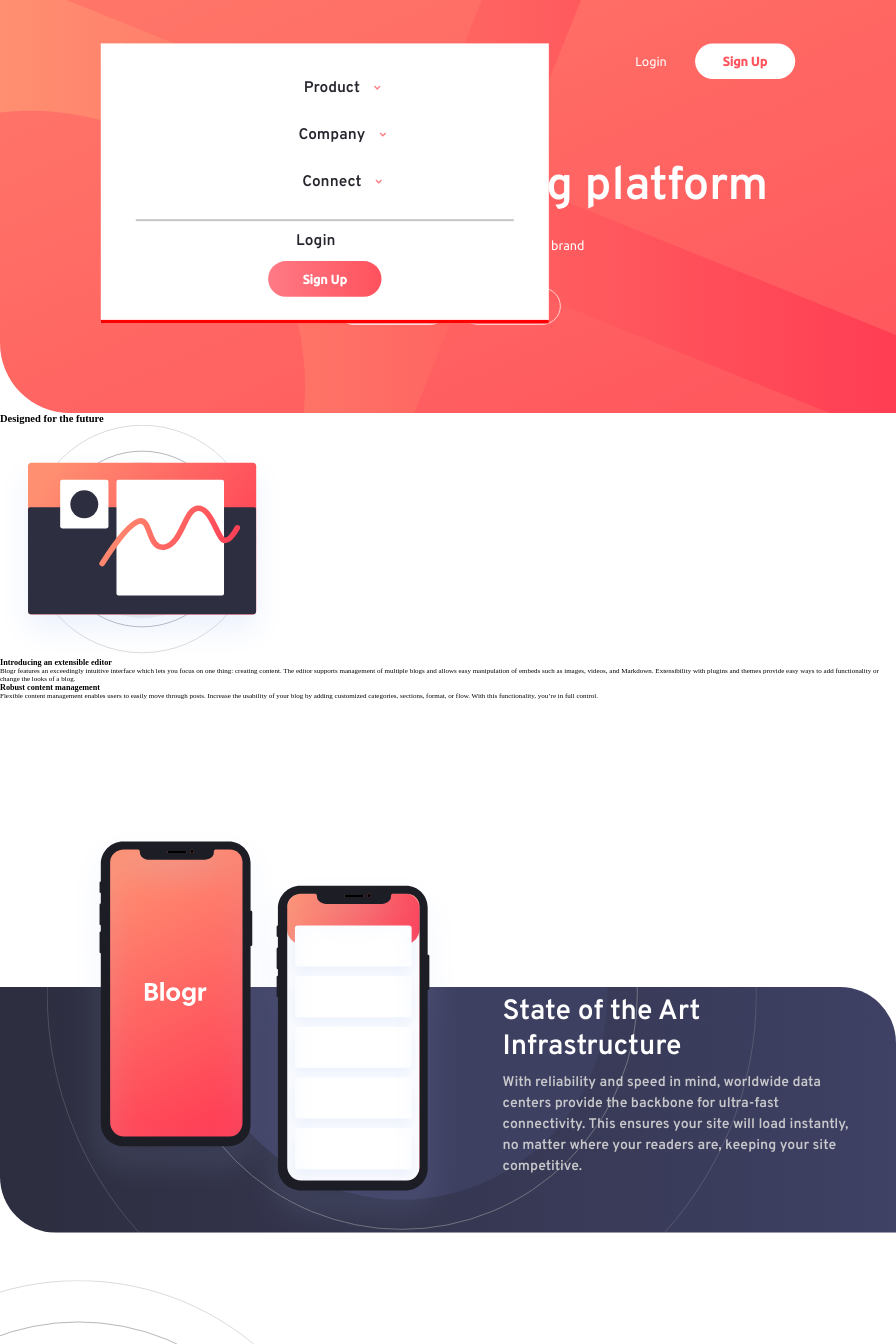
Repository: tomas938/tomaspage3
Page: index.html
An editor plug-in stored every save of this project. The page is shown before and after the next save, followed by the edit.
The browser window is 1280 px wide. The pictures show the part of the page from y = 0 to 1920 px (the page is 3157 px tall), at 70% of full size.
The style sheet was rebuilt from its Sass, Less or Tailwind sources for each picture, by a compiler version that may differ from the author's.

Above is the page before, as saved 2021-07-31 09:51:05.

### index.html
<!DOCTYPE html>
<html lang="en">
	<head>
		<meta charset="UTF-8" />
		<meta name="viewport" content="width=device-width, initial-scale=1.0" />
		<!-- displays site properly based on user's device -->

		<link
			rel="icon"
			type="image/png"
			sizes="32x32"
			href="./images/favicon-32x32.png"
		/>

		<title>Frontend Mentor | [Blogr]</title>

		<link rel="stylesheet" href="./scss/main.css" />
	</head>
	<body>
		<section class="intro">
			<header>
				<nav class="intro__navigation">
					<div class="intro__navigation__logo">
						<svg width="101" height="40" xmlns="http://www.w3.org/2000/svg">
							<path
								d="M0 30.803V1.486h10.653c1.982 0 3.695.31 5.14.93 1.446.619 2.56 1.5 3.345 2.642.785 1.142 1.177 2.484 1.177 4.026 0 1.404-.303 2.636-.909 3.695a6.48 6.48 0 01-2.56 2.498c1.487.578 2.643 1.494 3.469 2.746.826 1.253 1.239 2.732 1.239 4.439 0 1.707-.44 3.18-1.322 4.418-.88 1.239-2.12 2.202-3.716 2.89-1.596.688-3.482 1.033-5.657 1.033H0zM5.946 6.565v6.73h4.046c1.35 0 2.388-.282 3.118-.846.73-.564 1.094-1.397 1.094-2.498 0-1.101-.365-1.94-1.094-2.519-.73-.578-1.769-.867-3.118-.867H5.946zm0 19.159h4.624c1.542 0 2.732-.33 3.572-.991.84-.66 1.26-1.61 1.26-2.85 0-1.238-.42-2.188-1.26-2.848-.84-.66-2.03-.991-3.572-.991H5.946v7.68zm19.282 5.079V0h5.781v30.803h-5.78zm20.893.619c-1.624 0-3.124-.29-4.5-.867a10.94 10.94 0 01-3.593-2.416 10.96 10.96 0 01-2.374-3.654c-.564-1.404-.846-2.931-.846-4.583 0-1.652.289-3.173.867-4.563a11.354 11.354 0 012.415-3.654 10.96 10.96 0 013.634-2.436c1.39-.578 2.91-.867 4.562-.867 1.625 0 3.125.289 4.501.867a10.94 10.94 0 013.592 2.416 11.01 11.01 0 012.375 3.633c.564 1.39.846 2.911.846 4.563 0 1.651-.289 3.179-.867 4.583a11.297 11.297 0 01-2.416 3.675 10.96 10.96 0 01-3.633 2.436c-1.39.578-2.911.867-4.563.867zm.083-5.203c1.046 0 1.982-.275 2.808-.825.825-.551 1.48-1.301 1.96-2.25.483-.95.723-2.03.723-3.242 0-1.211-.24-2.292-.722-3.241-.482-.95-1.136-1.7-1.961-2.25-.826-.551-1.762-.826-2.808-.826-1.046 0-1.982.275-2.808.825-.826.55-1.48 1.301-1.961 2.25-.482.95-.723 2.03-.723 3.242 0 1.211.241 2.292.723 3.241.482.95 1.135 1.7 1.961 2.25.826.551 1.762.826 2.808.826zm24.155 3.964a9.13 9.13 0 01-3.86-.826 9.492 9.492 0 01-3.118-2.291c-.881-.977-1.57-2.12-2.065-3.427-.495-1.308-.743-2.719-.743-4.233 0-1.569.255-3.02.764-4.356a10.614 10.614 0 012.147-3.489 10.174 10.174 0 013.22-2.333c1.225-.564 2.554-.846 3.985-.846 1.404 0 2.67.282 3.799.846a7.402 7.402 0 012.807 2.457l.124-2.684h5.327v19.2c0 1.68-.269 3.207-.805 4.584-.537 1.376-1.301 2.56-2.292 3.55a10.231 10.231 0 01-3.53 2.292c-1.363.537-2.87.805-4.522.805-1.624 0-3.083-.254-4.376-.764a10.468 10.468 0 01-3.386-2.126 10.035 10.035 0 01-2.271-3.18L67.097 32a5.452 5.452 0 001.92 1.879c.784.454 1.672.681 2.663.681 1.074 0 2.003-.24 2.787-.723.785-.481 1.397-1.156 1.838-2.023.44-.867.66-1.879.66-3.035v-1.775a7.793 7.793 0 01-2.828 2.333c-1.143.564-2.402.846-3.778.846zm1.404-5.12c1.018 0 1.92-.254 2.704-.764a5.556 5.556 0 001.879-2.064c.468-.867.702-1.851.702-2.952 0-1.102-.234-2.086-.702-2.953a5.556 5.556 0 00-1.879-2.064c-.784-.51-1.686-.764-2.704-.764-1.019 0-1.92.255-2.705.764a5.556 5.556 0 00-1.879 2.064c-.468.867-.702 1.851-.702 2.953 0 1.1.234 2.085.702 2.952a5.556 5.556 0 001.88 2.064c.784.51 1.685.764 2.704.764zm15.607 5.74V9h5.327l.206 3.304c.55-1.157 1.294-2.044 2.23-2.664.936-.62 2.037-.929 3.303-.929.386 0 .77.035 1.156.103.386.07.73.159 1.033.269l-.62 5.698a4.361 4.361 0 00-.929-.227 7.495 7.495 0 00-.97-.062c-1.597 0-2.822.489-3.675 1.466-.853.977-1.28 2.36-1.28 4.15v10.694h-5.78z"
								fill="#FFF"
								fill-rule="nonzero"
							/>
						</svg>
						<ul>
							<li>
								<a href="#">Product</a>
								<svg xmlns="http://www.w3.org/2000/svg" width="10" height="7">
									<path
										fill="none"
										stroke="#FFF"
										stroke-width="2"
										opacity=".75"
										d="M1 1l4 4 4-4"
									/>
								</svg>
							</li>
							<li>
								<a href="#">Company</a>
								<svg xmlns="http://www.w3.org/2000/svg" width="10" height="7">
									<path
										fill="none"
										stroke="#FFF"
										stroke-width="2"
										opacity=".75"
										d="M1 1l4 4 4-4"
									/>
								</svg>
							</li>
							<li>
								<a href="#">Connect</a>
								<svg xmlns="http://www.w3.org/2000/svg" width="10" height="7">
									<path
										fill="none"
										stroke="#FFF"
										stroke-width="2"
										opacity=".75"
										d="M1 1l4 4 4-4"
									/>
								</svg>
							</li>
						</ul>
					</div>
					<div class="intro__navigation__login">
						<div class="button button--1">Login</div>
						<div class="button button--2">Sign Up</div>
					</div>
					<div class="intro__navigation__mobile" id="mobileBtn">
						<span class="line1"></span>
						<span class="line2"></span>
						<span class="line3"></span>
					</div>

					<ul class="mobile__links">
						<li>
							<a href="#">Product</a>
							<svg xmlns="http://www.w3.org/2000/svg" width="10" height="7">
								<path
									fill="none"
									stroke="hsl(356, 100%, 66%)"
									stroke-width="2"
									opacity=".75"
									d="M1 1l4 4 4-4"
								/>
							</svg>
						</li>
						<li>
							<a href="#">Company</a>
							<svg xmlns="http://www.w3.org/2000/svg" width="10" height="7">
								<path
									fill="none"
									stroke="hsl(356, 100%, 66%)"
									stroke-width="2"
									opacity=".75"
									d="M1 1l4 4 4-4"
								/>
							</svg>
						</li>
						<li>
							<a href="#">Connect</a>
							<svg xmlns="http://www.w3.org/2000/svg" width="10" height="7">
								<path
									fill="none"
									stroke="hsl(356, 100%, 66%)"
									stroke-width="2"
									opacity=".75"
									d="M1 1l4 4 4-4"
								/>
							</svg>
						</li>
						<div class="buttons">
							<div class="button button--1">Login</div>
							<div class="button button--2">Sign Up</div>
						</div>
					</ul>
				</nav>
			</header>
			<div class="intro__description">
				<h1>A modern publishing platform</h1>
				<p>Grow your audience and build your online brand</p>
				<div class="intro__description__buttons">
					<div class="button button--3">Start for Free</div>
					<div class="button button--4">Learn More</div>
				</div>
			</div>
		</section>
		<section class="about">
			<h2>Designed for the future</h2>
			<div class="about__container">
				<img src="/images/illustration-editor-mobile.svg" alt="" />
				<div class="about__container__items">
					<div class="content">
						<h3>Introducing an extensible editor</h3>
						<p>
							Blogr features an exceedingly intuitive interface which lets you
							focus on one thing: creating content. The editor supports
							management of multiple blogs and allows easy manipulation of
							embeds such as images, videos, and Markdown. Extensibility with
							plugins and themes provide easy ways to add functionality or
							change the looks of a blog.
						</p>
					</div>
					<div class="content">
						<h3>Robust content management</h3>
						<p>
							Flexible content management enables users to easily move through
							posts. Increase the usability of your blog by adding customized
							categories, sections, format, or flow. With this functionality,
							you’re in full control.
						</p>
					</div>
				</div>
			</div>
		</section>
		<section class="mobiles">
			<img src="/images/illustration-phones.svg" alt="" />
			<div class="mobiles__content">
				<h2>State of the Art Infrastructure</h2>
				<p>
					With reliability and speed in mind, worldwide data centers provide the
					backbone for ultra-fast connectivity. This ensures your site will load
					instantly, no matter where your readers are, keeping your site
					competitive.
				</p>
			</div>
		</section>
		<section class="desktop">
			<div class="desktop__container">
				<img src="/images/illustration-laptop-mobile.svg" alt="" />
				<div class="desktop__container__items">
					<div class="content">
						<h3>Free, open, simple</h3>
						<p>
							Blogr is a free and open source application backed by a large
							community of helpful developers. It supports features such as code
							syntax highlighting, RSS feeds, social media integration,
							third-party commenting tools, and works seamlessly with Google
							Analytics. The architecture is clean and is relatively easy to
							learn.
						</p>
					</div>
					<div class="content">
						<h3>Powerful tooling</h3>
						<p>
							Batteries included. We built a simple and straightforward CLI tool
							that makes customization and deployment a breeze, but capable of
							producing even the most complicated sites.
						</p>
					</div>
				</div>
			</div>
		</section>
		<footer>
			<div class="logo">
				<img src="/images/logo.svg" alt="" />
			</div>
			<div class="product">
				<h5>Product</h5>
				<a href="#">Overview</a>
				<a href="#">Pricing</a>
				<a href="#">Marketplace</a>
				<a href="#">Features</a>
				<a href="#">Integrations</a>
			</div>
			<div class="company">
				<h5>Company</h5>
				<a href="#">About</a>
				<a href="#">Team</a>
				<a href="#">Blog</a>
				<a href="#">Careers</a>
			</div>
			<div class="connect">
				<h5>Connect</h5>
				<a href="#">Connect</a>
				<a href="#">Newsletter</a>
				<a href="#">LinkedIn</a>
			</div>
		</footer>
		<script src="main.js"></script>
	</body>
</html>

### main.js
const mobileBtn = document.querySelector("#mobileBtn");
mobileBtn.addEventListener("click", () => {
	mobileBtn.classList.toggle("active");
});

### scss/main.scss
@import "../scss_partials/variables";
@import "../scss_partials/resets";
@import "../scss_partials/intro";
@import "../scss_partials/about";
@import "../scss_partials/mobiles";
@import "../scss_partials/desktop";
@import "../scss_partials/footer";

### scss_partials/_variables.scss
//Colors

/* PRIMARY */

$light-red: hsl(356, 100%, 66%);
$very-light-red: hsl(355, 100%, 74%);
$very-dark-blue: hsl(208, 49%, 24%);

/* NEUTRAL */

$white: hsl(0, 0%, 100%);
$grayish-blue: hsl(240, 2%, 79%); //Footer Text
$very-dark-grayish-blue: hsl(207, 13%, 34%);
$very-dark-black-blue: hsl(240, 10%, 16%); //Footer Background

/* GRADIENT */

$very-light-red-gradient: hsl(13, 100%, 72%); // Intro /CTA
$light-red-gradient: hsl(353, 100%, 62%); // Intro /CTA

$very-dark-gray-blue: hsl(237, 17%, 21%); // Background body gradient
$very-dark-desaturated-blue: hsl(237, 23%, 32%); // Background body gradient

//Fonts

@import url("https://fonts.googleapis.com/css2?family=Overpass:wght@300;600&display=swap");

$font-primary: "Overpass", sans-serif;
$font-weight-primary-light: 300;
$font-weight-primary-bold: 600;

@import url("https://fonts.googleapis.com/css2?family=Ubuntu:ital,wght@0,400;0,500;1,700&display=swap");

$font-secondary: "Ubuntu", sans-serif;

$font-weight-secondary-light: 400;
$font-weight-secondary-medium: 500;
$font-weight-secondary-bold: 700;

### scss_partials/_resets.scss
* {
	margin: 0;
	padding: 0;
	box-sizing: border-box;
}
html {
	font-size: 62.5%;
	@media only screen and (max-width: 1000px) {
		font-size: 52.5%;
	}
}
li {
	list-style: none;
}
a {
	text-decoration: none;
}

### scss_partials/_intro.scss
.intro {
	height: 82vh;
	background-image: url(../images/bg-pattern-intro.svg),
		linear-gradient(to right, $very-light-red-gradient, $light-red-gradient);
	background-position: center center;
	border-bottom-left-radius: 10rem;
	font-family: $font-secondary;
	font-weight: $font-weight-secondary-light;
	color: $white;
	font-size: 1.8rem;
	header {
		width: 100%;
	}
	&__navigation {
		width: 77.5%;
		margin: auto;
		padding: 6.2rem 0;
		display: flex;
		justify-content: space-between;
		&__logo {
			display: flex;
		}
		ul {
			display: flex;
			align-items: center;
			@media only screen and (max-width: 900px) {
				display: none;
			}
		}
		li {
			margin-left: 5rem;
		}

		a {
			color: $white;
		}
		&__login {
			display: flex;
			align-items: center;
			@media only screen and (max-width: 900px) {
				display: none;
			}
		}
		&__mobile {
			display: flex;
			display: none;
			@media only screen and (max-width: 900px) {
				display: flex;
			}
			align-items: center;
			flex-direction: column;
			justify-content: center;
			span {
				width: 3.5rem;
				height: 0.4rem;
				background-color: $white;
				margin-top: 0.7rem;
			}
		}
		.mobile__links {
			visibility: visible;

			position: absolute;
			background-color: $white;
			padding: 5rem;
			height: 40rem;
			width: 50%;
			font-family: $font-primary;
			font-weight: $font-weight-primary-bold;
			display: flex;
			flex-direction: column;
			align-items: center;
			justify-content: flex-start;
			border-bottom: 5px solid red;
			.active {
				visibility: visible;
			}
			svg {
				transform: scale(1);
				fill: $light-red;
				cursor: pointer;
			}
			ul {
			}
			li {
				margin-bottom: 4rem;
				display: flex;
				flex-direction: row;
				align-items: center;
			}
			a {
				color: $very-dark-black-blue;
				margin-right: 2rem;
				font-size: 2.2rem;
			}
			.buttons {
				width: 100%;
				border-top: 3px solid $grayish-blue;
			}
			.button--1 {
				width: 30%;
				margin: auto;
				font-size: 2.2rem;
				color: $very-dark-black-blue;
			}
			.button--2 {
				text-align: center;
				width: 30%;
				margin: auto;
				color: $white;
				background: linear-gradient(to right, $very-light-red, $light-red);
			}
		}
	}
	&__description {
		h1 {
			padding: 5rem 0 3rem 0;
			font-size: 6.7rem;
			text-align: center;
			font-family: $font-primary;
			font-weight: $font-weight-primary-bold;
			@media only screen and (max-width: 800px) {
				font-size: 4.7rem;
			}
			@media only screen and (max-width: 565px) {
				font-size: 3.7rem;
			}
		}
		p {
			text-align: center;
		}
		&__buttons {
			padding: 5rem 0;

			margin: auto;
			display: flex;
			justify-content: center;
		}
	}
}
.button {
	cursor: pointer;
	padding: 1.5rem 4rem;
	border-radius: 3rem;
}
.button--2 {
	background-color: $white;
	color: $light-red;
	font-family: $font-secondary;
	font-weight: $font-weight-secondary-bold;
	transition: all 0.3s ease-in-out;
}
.button--2:hover {
	background-color: hsla(0, 0%, 100%, 0.267);
	color: $white;
}
.button--3 {
	background-color: $white;
	color: $light-red;
	font-family: $font-secondary;
	font-weight: $font-weight-secondary-bold;
	transition: all 0.3s ease-in-out;
	padding: 1.5rem 2.5rem;
}
.button--3:hover {
	background-color: hsla(0, 0%, 100%, 0.267);
	color: $white;
}
.button--4 {
	margin-left: 1.5rem;
	border: 1px solid $white;
	padding: 1.5rem 2.5rem;
}

### scss_partials/about.scss
.about {
	height: 100vh;
}

### scss_partials/_mobiles.scss
.mobiles {
	margin-top: 10rem;
	background-image: url(../images/bg-pattern-circles.svg),
		linear-gradient(to right, $very-dark-gray-blue, $very-dark-desaturated-blue);

	background-repeat: no-repeat;
	background-position: 25% 75%;
	border-bottom-left-radius: 8rem;
	border-top-right-radius: 8rem;
	font-family: $font-primary;
	display: flex;
	align-items: flex-end;
	justify-content: flex-end;
	position: relative;
	color: $white;
	height: 35.1rem;
	@media only screen and (max-width: 900px) {
		height: 55.1rem;
	}
	img {
		position: absolute;
		left: 8%;
		@media only screen and (max-width: 1150px) {
			left: 1%;
		}
		@media only screen and (max-width: 1000px) {
			transform: scale(0.75);
			top: -42%;
			left: -5%;
		}
		@media only screen and (max-width: 900px) {
			transform: scale(0.75);
			left: 50%;
			top: -36%;
			transform: translateX(-50%);
			height: 90%;
		}
		@media only screen and (max-width: 570px) {
			height: 80%;

			top: -35%;
		}
		@media only screen and (max-width: 338px) {
			height: 60%;
			top: -29%;
		}
	}
	&__content {
		margin-right: 17rem;
		padding: 10rem 0;
		width: 40%;
		@media only screen and (max-width: 1350px) {
			margin-right: 5rem;
			padding: 8rem 0;
		}

		@media only screen and (max-width: 900px) {
			margin-right: 2rem;
			width: 50%;
			width: 80%;
			margin: 0 auto;
			text-align: center;
		}
		@media only screen and (max-width: 570px) {
			padding: 4rem 0;
		}

		h2 {
			font-size: 4rem;
			font-weight: $font-weight-primary-bold;
		}
		p {
			margin-top: 1rem;
			font-size: 2rem;
			line-height: 3rem;
			font-weight: $font-weight-primary-bold;
			color: $grayish-blue;
		}
	}
}

### scss_partials/_desktop.scss
.desktop {
	padding: 20rem 0;
	font-family: $font-primary;
	background-image: url(../images/illustration-laptop-desktop.svg);
	background-repeat: no-repeat;
	background-position: bottom 10rem left -28rem;
	@media only screen and (max-width: 1250px) {
		background-position: bottom 10rem left -38rem;
	}
	@media only screen and (max-width: 1100px) {
		background-position: bottom 10rem left -50rem;
	}
	@media only screen and (max-width: 1000px) {
		background-position: bottom 6rem left -55rem;
	}
	@media only screen and (max-width: 900px) {
		background-image: url("");
	}
	h2 {
		text-align: center;
		font-size: 4rem;
		color: $very-dark-blue;
		padding: 17rem 0 10rem 0;
	}
	&__container {
		display: flex;
		justify-content: flex-end;
		@media only screen and (max-width: 900px) {
			display: flex;
			flex-direction: column;
		}
		img {
			display: none;
			@media only screen and (max-width: 900px) {
				display: block;
				margin: 5rem auto;
				display: flex;
				flex-direction: column;
			}
			@media only screen and (max-width: 550px) {
				width: 100%;
				height: 100%;
			}
		}
		&__items {
			width: 50%;
			@media only screen and (max-width: 900px) {
				width: 80%;
				margin: auto;
				text-align: center;
			}
		}
		.content {
			margin-right: 17rem;
			@media only screen and (max-width: 1350px) {
				margin-right: 5rem;
			}
			@media only screen and (max-width: 900px) {
				margin-right: 0rem;
			}
		}
		h3 {
			font-size: 3rem;
			color: $very-dark-blue;
		}
		p {
			color: $very-dark-grayish-blue;
			line-height: 3rem;
			padding: 4rem 0 8rem;
			font-size: 2rem;
		}
	}
}

### scss_partials/_footer.scss
footer {
	padding: 10rem 15rem;
	background-color: $very-dark-black-blue;
	color: $grayish-blue;
	border-top-right-radius: 15rem;
	display: flex;
	flex-direction: column;
	align-items: center;
	font-family: $font-primary;
	@media only screen and (max-width: 800px) {
		padding: 10rem 0rem;
	}
	@media only screen and (min-width: 500px) {
		flex-direction: row;
		align-items: flex-start;
		justify-content: space-around;
	}
	.product {
		display: flex;
		flex-direction: column;
		align-items: flex-start;
		padding: 2rem;
		@media only screen and (min-width: 500px) {
			padding: 0rem;
			justify-items: flex-start;
		}
	}
	.company {
		display: flex;
		flex-direction: column;
		align-items: flex-start;
		padding: 2rem;
		@media only screen and (min-width: 500px) {
			padding: 0rem;
			justify-items: flex-start;
		}
	}
	.connect {
		display: flex;
		flex-direction: column;
		align-items: flex-start;
		padding: 2rem;
		@media only screen and (min-width: 500px) {
			padding: 0rem;
			justify-items: flex-start;
		}
	}
	a {
		color: $grayish-blue;
		font-size: 2rem;
		margin-bottom: 1rem;
		position: relative;
	}
	a::before {
		content: "";
		position: absolute;
		top: 23px;
		width: 50%;
		left: 20%;
		height: 0.3rem;
		background-color: $grayish-blue;
		opacity: 0;
		transition: all 0.3s ease-in-out;
	}
	a:hover::before {
		opacity: 1;
		left: 0;
		width: 100%;
		transition: all 0.3s ease-in-out;
	}
	h5 {
		font-size: 2.5rem;
		padding: 3rem;
		padding-left: 0;
		color: $white;
		@media only screen and (min-width: 500px) {
			padding-top: 0rem;
		}
	}
}

After the next save:
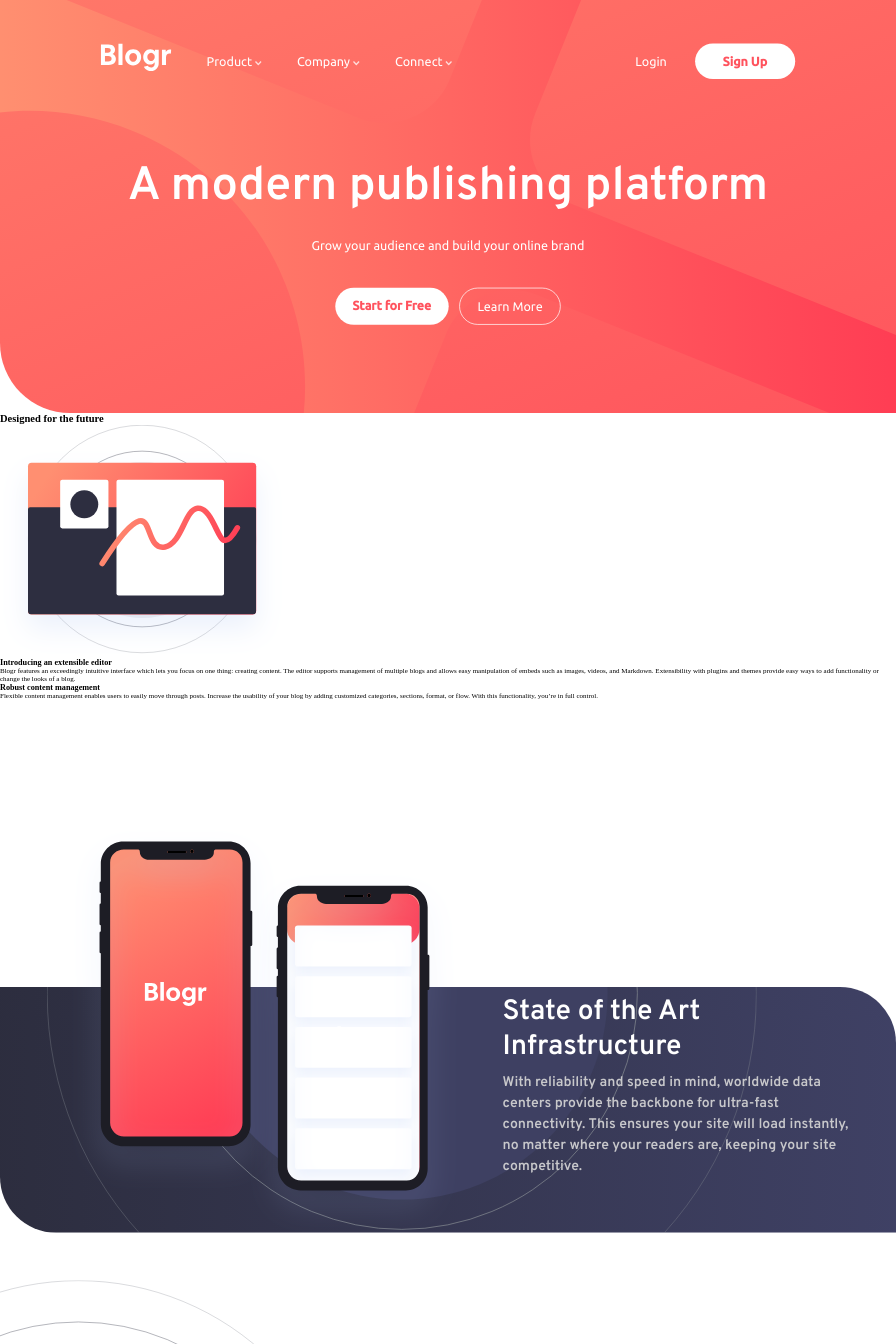
Saved 15 s later.
--- a/scss_partials/_intro.scss
+++ b/scss_partials/_intro.scss
@@ -58,7 +58,7 @@
 			}
 		}
 		.mobile__links {
-			visibility: visible;
+			visibility: hidden;
 
 			position: absolute;
 			background-color: $white;
